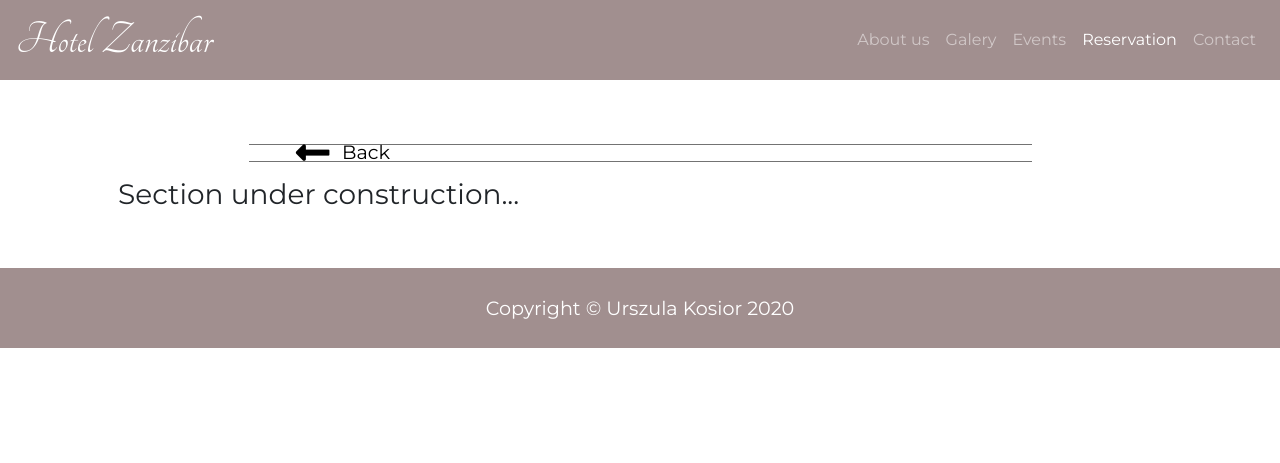
Repository: Ulaa93/Hotel-Zanzibar
Page: reservation.html
The author's editor kept a copy of each file at every save. The page is drawn from the files as they stood at one save, then again after the next save.
The browser window is 1280 px wide. The pictures show the whole page.

Above is the page before, as saved 2020-01-28 15:53:41.

After the next save:
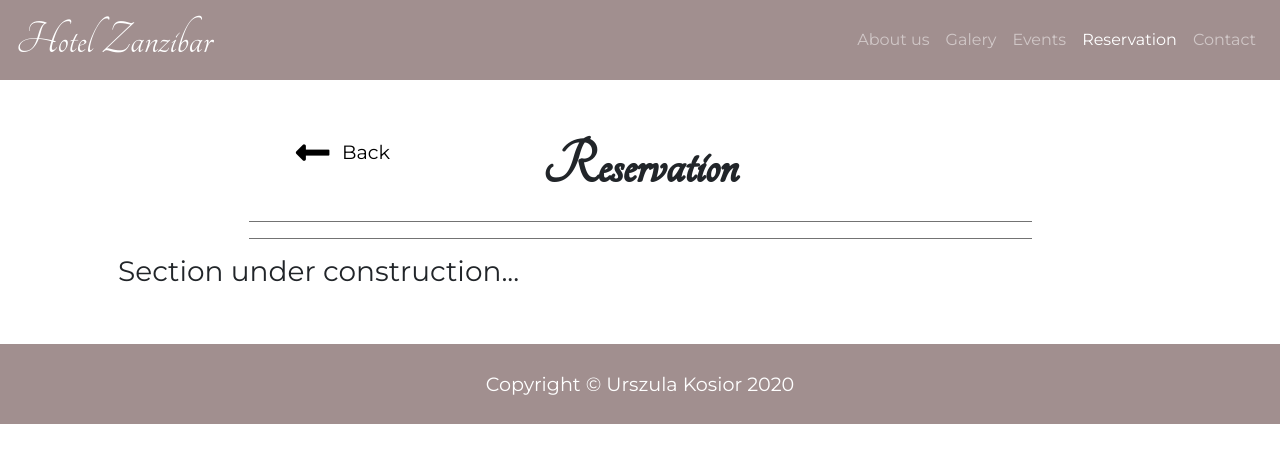
Saved 4 s later.
--- a/reservation.html
+++ b/reservation.html
@@ -66,7 +66,7 @@
   <a href="./index.html"><i class="fas fa-long-arrow-alt-left"></i> Back</a>
  </div>
     <section class="reservation container p-5">
-      <h2></h2>
+      <h2>Reservation</h2>
       <hr>
       <hr>
 
